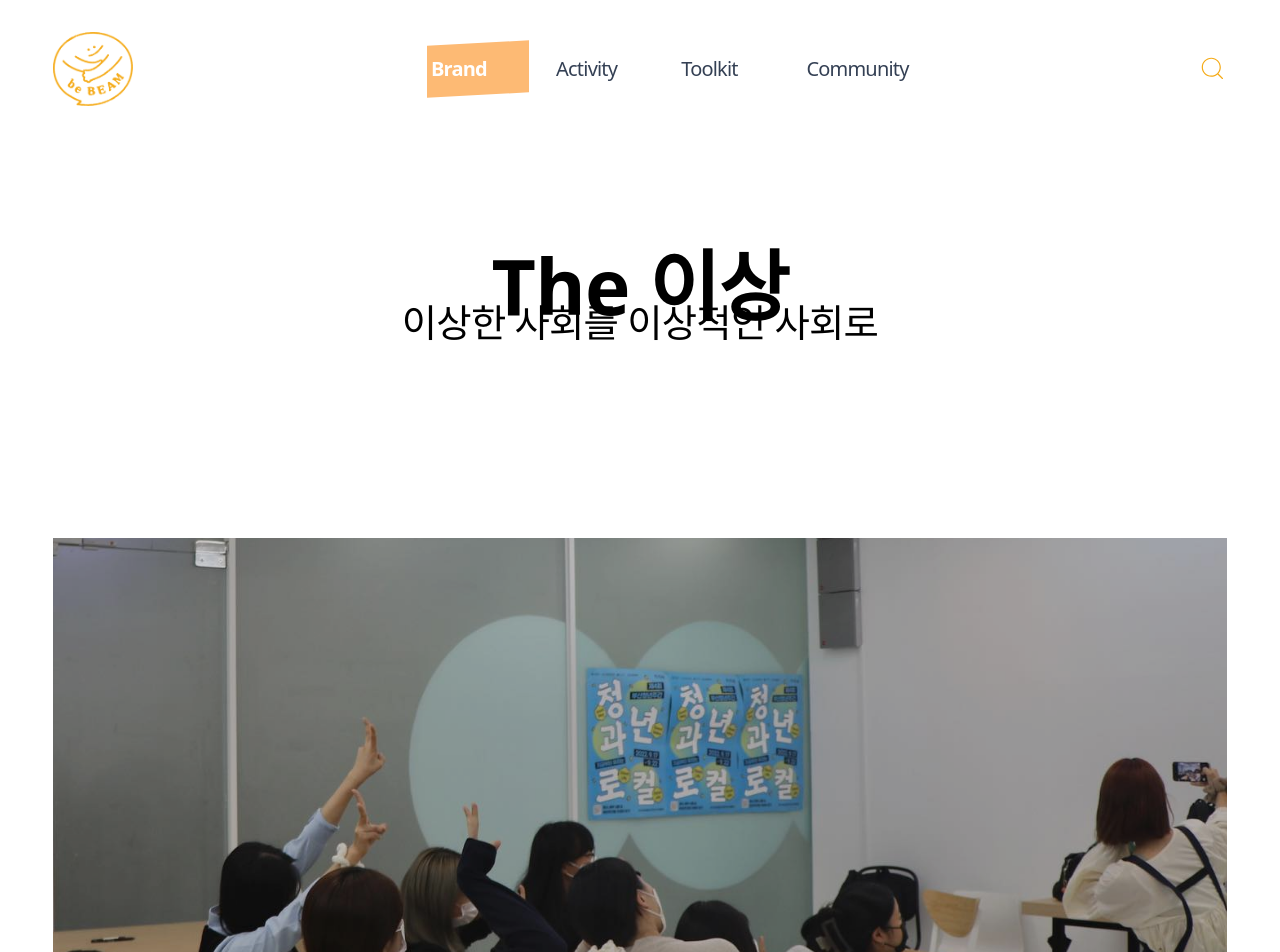
Repository: The-i-sang/BE-BEAM
Page: / (app in front/)
An editor plug-in stored every save of this project. The page is shown before and after the next save, followed by the edit.
The browser window is 1280 px wide. The pictures show the part of the page from y = 0 to 952 px (the page is 4370 px tall).
Backgrounds fixed to the window are drawn as part of the page. The project was rebuilt for these pictures with package versions that can differ from the ones it lists, and the page was loaded fresh each time. Also part of the build but not shown: front/src/page/NotFoundPage.jsx, front/src/component/NextArrow.jsx, front/src/component/PrevArrow.jsx, front/src/component/DetailSlider.jsx, front/src/page/Detail.jsx, front/src/component/ToolkitCard.jsx, front/src/component/SlideToolkitCard.jsx, front/src/component/BestToolkitSlider.jsx and 6 more. Imported but missing from the stored project, and not drawn on this page: front/src/config.

Above is the page before, as saved 2023-10-13 01:23:07.

After the next save:
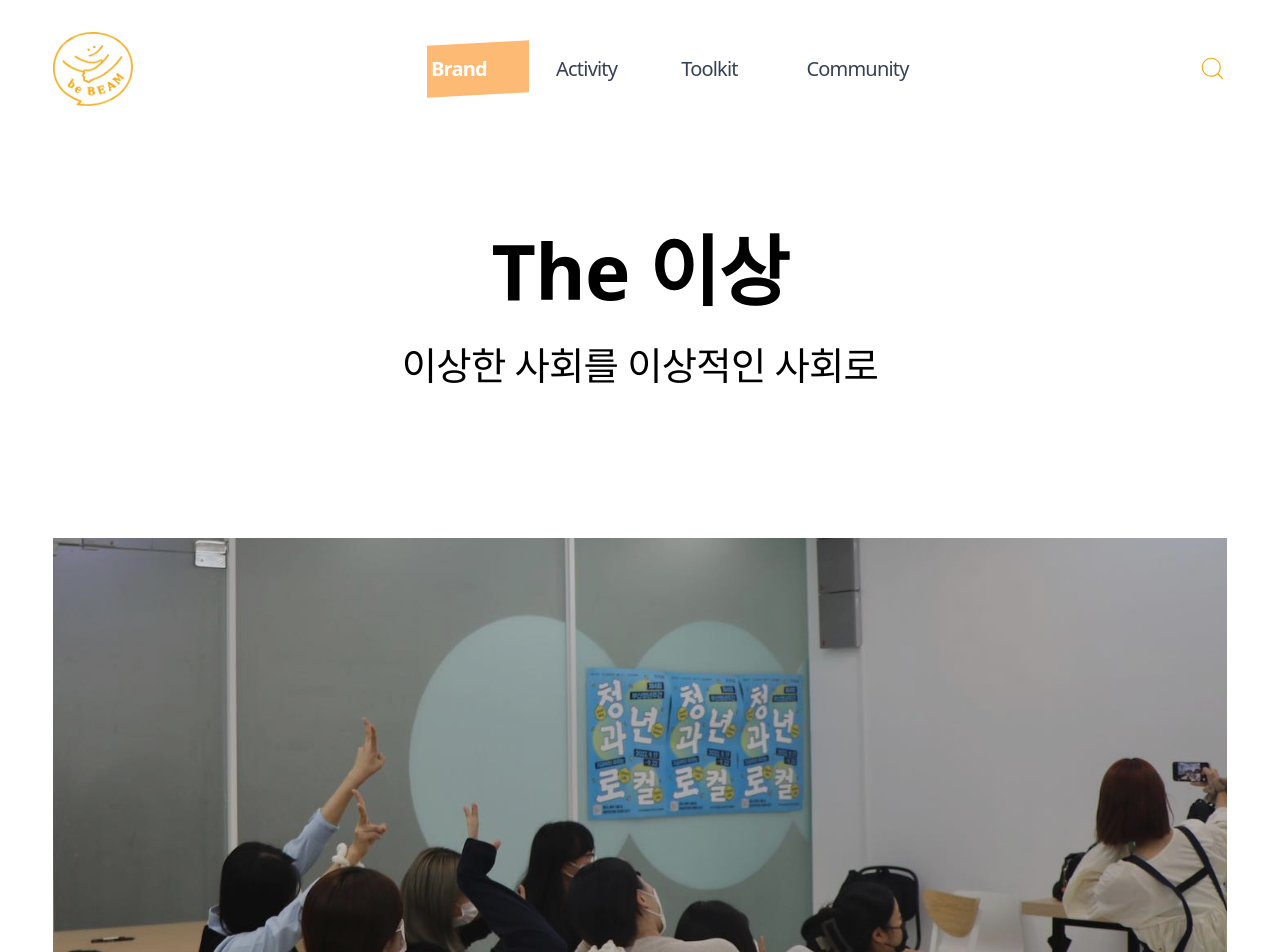
Saved 5 s later.
--- a/front/src/page/Main.jsx
+++ b/front/src/page/Main.jsx
@@ -26,7 +26,7 @@ export default function Main() {
             scrollHeight > 100
               ? "absolute top-[22rem] text-white"
               : "absolute top-0"
-          } w-full h-[300px] text-center transition-all duration-1000 z-[9999] flex flex-col justify-center items-center leading-`}
+          } w-full h-[300px] text-center transition-all duration-1000 z-[9999] flex flex-col justify-center items-center leading-normal`}
         >
           <h1 className="text-[4.8rem] font-extrabold">The 이상</h1>
           <p className="text-[2.4rem] mt-2">이상한 사회를 이상적인 사회로</p>
